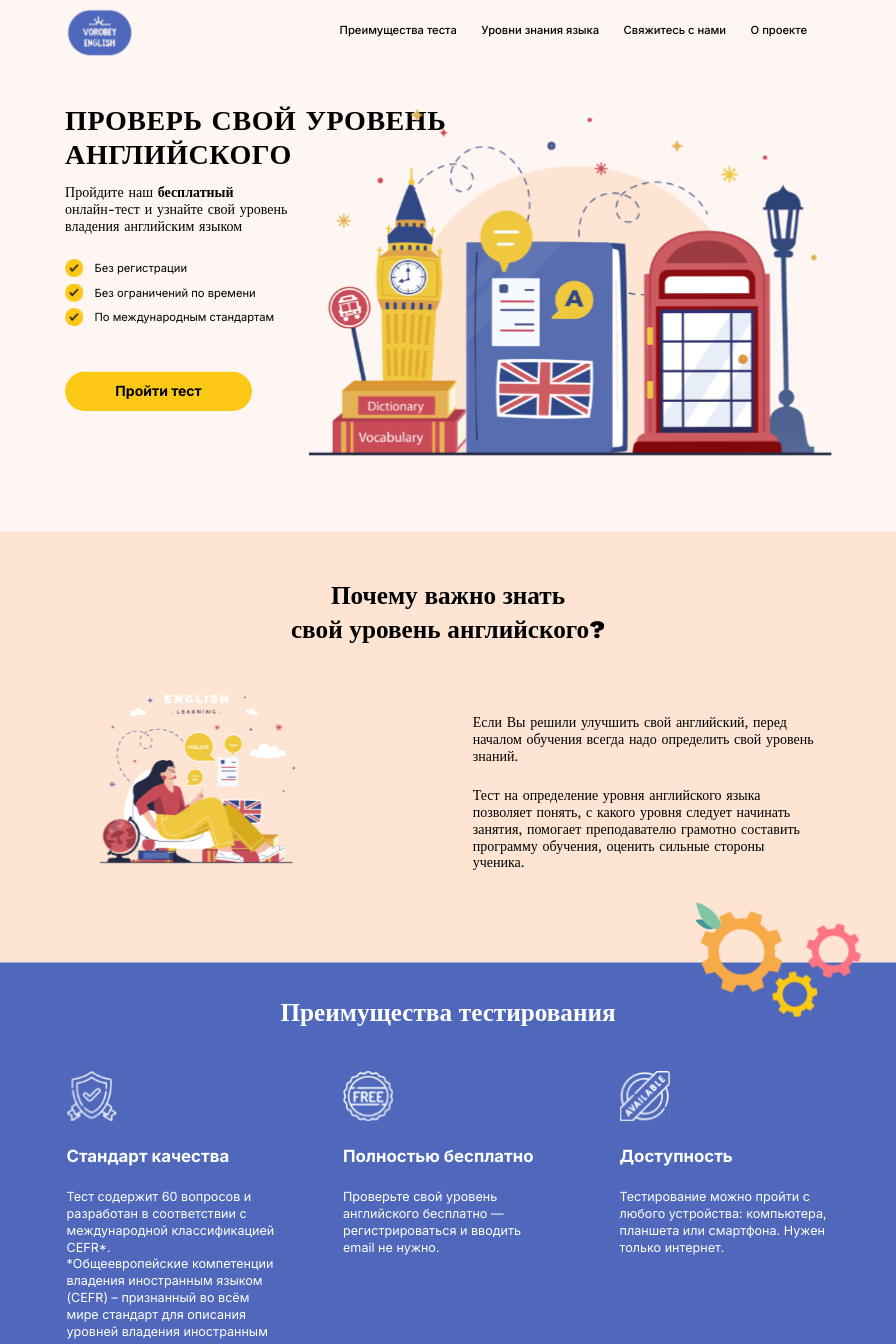
Repository: WladimirVA/Diplom
Page: templates/Index.html
An editor plug-in stored every save of this project. The page is shown before and after the next save, followed by the edit.
The browser window is 1280 px wide. The pictures show the part of the page from y = 0 to 1920 px (the page is 3821 px tall), at 70% of full size.

Above is the page before, as saved 2023-05-15 16:53:19.

### templates/Index.html
<!DOCTYPE html>
<html lang="ru">
<head>
    <meta charset="UTF-8">
    <meta http-equiv="X-UA-Compatible" content="IE=edge">
    <meta name="viewport" content="width=device-width, initial-scale=1.0">
    <link href="./static/css/style.css" rel="stylesheet" type="text/css">
    <link href="./static/css/fonts.css" rel="stylesheet" type="text/css">
    <link href="./static/css/slider.css">
    <link rel="icon" sizes="16x16" href="./static/img/Иконка _Лого_ (1_1).svg" type="image/x-icon">
    <title>Vorobeyenglish</title>
</head>
<body>
<script src="./static/js/listmenu.js"></script>
<header class="header" di="HOME">
    <div class="section">
        <div class="section-header">
            <div class="logo">
                <img src="./static/img/Иконка _Лого_ (1).svg">
            </div>
            <nav>
                <div class="dropdown">
                    <!-- <button onclick="myFunction()" class="dropbtn"> Выпадающий</button> -->
                    <a onclick="myFunction()"><img class="dropbtn" src="./static/img/Vector (6).svg"></a>
                    <div id="myDropdown" class="dropdown-content">
                        <div class="Name-logo">
                            <a href="#"><img class="Name-logo-mob1" src="./static/img/Иконка _Лого_ (1).svg"></a>
                            <img class="Name-logo-img1-info" src="./static/img/Ellipse 6 (2).svg">
                            <a href="#"><img class="Name-logo-img-info Name-logo-mob" src="./static/img/Vector (5).svg"></a>
                        </div>
                        <div class="header-nav-mob">
                            <a class="link" href="№">Главная</a>
                            <a class="link" href="#ADVAN_TEST">Преимущества теста</a>
                            <a class="link" href="#LANGUAGE_LEVELS">Уровни знания языка</a>
                                <form class="dropdown-button-mob" action="./next_test" method="post">
                                    <button class="dropdown-button-mob1">Пройти тест</button>
                                </form>
                            <!-- <a class="link" href="#">О проекте</a> -->
                            <a class="link" href="mailto:Vorobeyenglish@ya.ru">Свяжитесь с нами</a>
                        </div>
                        </div>
                </div>

                <ul class="header-nav">
                    <li><a class="link" href="#ADVAN_TEST">Преимущества теста</a></li>
                    <li><a class="link" href="#LANGUAGE_LEVELS">Уровни знания языка</a></li>
                    <li><a class="link" href="mailto:englishtest@yandex.ru">Свяжитесь с нами</a></li>
                    <li><a class="link" href="#">О проекте</a></li>
                </ul>
            </nav>
        </div>
    </div>
</header>
<main>
    <section class="HOME">
        <div class="section">
            <div class="content">
                <h1 class="title">
                    проверь<br class="br-mob"> свой уровень <br>английского
                </h1>
                <div class="section-home">

                    <div class="title-home">

                        <p class="home_p">
                            Пройдите наш <span  style="font-weight:900"> бесплатный <br></span> онлайн-тест и узнайте свой уровень <br>владения английским языком
                        </p>
                        <ul class="home_ul">
                            <li class="home_li"><img class="check" src="./static/img/Иконка _Галочка_ 3.svg">Без регистрации</li>
                            <li class="home_li"><img class="check" src="./static/img/Иконка _Галочка_ 3.svg">Без ограничений по времени</li>
                            <li class="home_li"><img class="check" src="./static/img/Иконка _Галочка_ 3.svg">По международным стандартам</li>
                        </ul>
                        <div class="buttonsHome">
                            <form action="./next_test" method="post">
                                <button class="button_home">Пройти тест</button>
                            </form>
                        </div>
                    </div>
                    <div class="image-home">
                        <img src="./static/img/иллюстр 6 (1).svg">
                    </div>
                </div>
            </div>

        </div>
    </section>
    <section class="WHY-TEST">
        <div class="section">
            <div class="">
                <div class="section-home-1">
                    <h1 class="title_2">Почему важно знать<br>свой уровень английского?</h1>
                    <div class="section-home-2">
                        <div class="image-home-2">
                            <img src="./static/img/иллюстр 2 1.svg">
                        </div>
                        <div class="home_p home-text">
                            <p>Если Вы решили улучшить свой английский, перед началом обучения всегда надо определить свой уровень знаний.</p>
                            <p class="p-text">Тест на определение уровня английского языка позволяет понять, с какого уровня следует начинать занятия, помогает преподавателю грамотно составить программу обучения, оценить сильные стороны ученика.</p>
                        </div>
                    </div>
                </div>
            </div>
        </div>
    </section>
    <section class="ADVAN_TEST" id="ADVAN_TEST">
        <div class="section">
            <div class="content">
                <div class="content_img">
                    <img class="rot-sheet" src="./static/img/shestirenki/Vector (3).png">
                    <img class="rot-sheet-1" src="./static/img/shestirenki/Vector (4).png">
                    <img class="rot rot-img1" src="./static/img/shestirenki/Vector (5).svg">
                    <img class="rot1 rot-img2" src="./static/img/shestirenki/Vector (7).svg">
                    <img class="rot rot-img3" src="./static/img/shestirenki/Vector (6).svg">
                </div>
                <div class="text_test">
                    <h1 class="title_3">Преимущества тестирования</h1>
                </div>
                <div class="content-ADVAN_TEST">
                    <div class="quality test-info">
                        <img src="./static/img/Mask group 1.svg">
                        <h3 class="advan-test">Стандарт качества</h3>
                        <p class="advan-test-p">Тест содержит 60 вопросов и разработан в соответствии с международной классификацией CEFR*. </p>
                        <p class="advan-test-p advan-test-p-2-mob">*Общеевропейские компетенции владения иностранным языком (CEFR) – признанный во всём мире стандарт для описания уровней владения иностранным языком. </p>

                    </div>
                    <div class="free test-info">
                        <img src="./static/img/Mask group2 1.svg">
                        <h3 class="advan-test">Полностью бесплатно</h3>
                        <p class="advan-test-p">Проверьте свой уровень английского бесплатно — регистрироваться и вводить email не нужно.</p>
                    </div>
                    <div class="availability test-info">
                        <img src="./static/img/Mask group1 1.svg">
                        <h3 class="advan-test">Доступность</h3>
                        <p class="advan-test-p">Тестирование можно пройти с любого устройства: компьютера, планшета или смартфона. Нужен только интернет.</p>
                    </div>
                </div>
                <div class="content_img_mob">
                    <img class="rot-sheet" src="./static/img/shestirenki/Vector (3).png">
                    <img class="rot-sheet-1" src="./static/img/shestirenki/Vector (4).png">
                    <img class="rot rot-img1" src="./static/img/shestirenki/Vector (5).svg">
                    <img class="rot1 rot-img2" src="./static/img/shestirenki/Vector (7).svg">
                    <img class="rot rot-img3" src="./static/img/shestirenki/Vector (6).svg">
                </div>
                <p class="advan-test-p advan-test-p-2">*Общеевропейские компетенции владения иностранным языком (CEFR) – признанный во всём мире стандарт для описания уровней владения иностранным языком. </p>
            </div>
        </div>
    </section>
    <section class="LANGUAGE_LEVELS" id="LANGUAGE_LEVELS">
        <div class="section">
            <div class="content">
                <div class="text_test">
                    <h1 class="title_3">Уровни знания языка по Европейской системе</h1>
                    <img src="./static/img/иллюстр 1 1.svg">
                </div>
                <div class="container container_lev">
                    <div class="box-1 container-box">
                        <img class="cloud" src="./static/img/Vector 5.svg">
                        <h3>А1</h3>
                        <p class="container-box-p">Elementary</p>
                        <p class="container-box-p2">Элементарный, базовый уровень знания английского языка. Чтение и перевод со словарём. Словарный запас<span  style="font-weight:900"> менее 1500</span> слов.</p>
                        <img class="ball" src="./static/img/иллюстр 3 1.svg">
                    </div>
                    <div class="box-1 container-box">
                        <img class="cloud" src="./static/img/Vector 1 1.png">
                        <h3>А2</h3>
                        <p class="container-box-p">Pre-intermediate</p>
                        <p class="container-box-p2">Ниже среднего, начальный средний, слабый средний. Вы можете общаться на бытовые темы, описывать простыми словами аспекты своей жизни. Словарный запас<span  style="font-weight:900"> 1500-2000</span> слов.</p>
                    </div>
                    <div class="box-1 container-box">
                        <img class="cloud" src="./static/img/Vector 5.svg">
                        <h3>B1</h3>
                        <p class="container-box-p">Intermediate</p>
                        <p class="container-box-p2">Средний уровень владения английским языком, разговорный английский. Вы можете создавать простой связный текст на знакомые или представляющие личный интерес темы. Словарный запас<span  style="font-weight:900"> 2000-3000</span> слов.</p>
                    </div>
                    <div class="box-1 container-box">
                        <img class="cloud" src="./static/img/Vector 1 1.png">
                        <h3>B2</h3>
                        <p class="container-box-p">Upper Intermediate</p>
                        <p class="container-box-p2">Средне-продвинутый уровень английского. Вы владеете разговорным языком в различных ситуациях (от бытовых до профессиональных), можете без подготовки общаться с носителем языка. Словарный запас <span  style="font-weight:900">3000-4000</span> слов.</p>
                        <img class="ball-2" src="./static/img/иллюстр 5 1.svg">
                    </div>
                    <div class="box-1 container-box">
                        <img class="cloud" src="./static/img/Vector 5.svg">
                        <h3>C1</h3>
                        <p class="container-box-p">Advanced</p>
                        <p class="container-box-p2">Продвинутый уровень. Свободное владение. Вы понимаете разнообразные сложные развернутые тексты и можете выявить содержащиеся в них имплицитные значения, умеете без подготовки, бегло, не испытывая трудности в подборе слов, выражать свои мысли. Словарный запас <span  style="font-weight:900">4000-5000</span> слов.</p>
                        <img class="ball-3" src="./static/img/иллюстр 4 1.svg">
                    </div>
                    <div class="box-1 container-box">
                        <img class="cloud" src="./static/img/Vector 1 1.png">
                        <h3>C2</h3>
                        <p class="container-box-p">Proficiency</p>
                        <p class="container-box-p2">Профессиональный уровень. Вы с легкостью понимаете практически все, что слышите или читаете. Вы можете выражаться спонтанно, очень бегло и точно, различая тончайшие оттенки смысла даже в самых сложных ситуациях. Словарный запас <span  style="font-weight:900">более 4500</span> слов.</p>
                    </div>
                </div>
                <div class="container_mob">
                    <div class="itc-slider__wrapper">
                        <div class="viewport">
                            <div class="slider">
                                <div class="item"><!-- Начало 1 слайда -->
                                    <div class="box-1 container-box">
                                        <img class="cloud" src="./static/img/Vector 5.svg">
                                        <h3>А1</h3>
                                        <p class="container-box-p">Elementary</p>
                                        <p class="container-box-p2">Элементарный, базовый уровень знания английского языка. Чтение и перевод со словарём. Словарный запас<span  style="font-weight:900"> менее 1500</span> слов.</p>
                                        <img class="ball" src="./static/img/иллюстр 3 1.svg">
                                    </div>
                                </div> <!-- Конец 1 слайда -->
                                <div class="item"><!-- Начало 2 слайда -->
                                    <div class="box-1 container-box">
                                        <img class="cloud" src="./static/img/Vector 1 1.png">
                                        <h3>А2</h3>
                                        <p class="container-box-p">Pre-intermediate</p>
                                        <p class="container-box-p2">Ниже среднего, начальный средний, слабый средний. Вы можете общаться на бытовые темы, описывать простыми словами аспекты своей жизни. Словарный запас<span  style="font-weight:900"> 1500-2000</span> слов.</p>
                                    </div>
                                </div><!-- Конец 2 слайда -->
                                <div class="item"><!-- Начало 3 слайда -->
                                    <div class="box-1 container-box">
                                        <img class="cloud" src="./static/img/Vector 5.svg">
                                        <h3>B1</h3>
                                        <p class="container-box-p">Intermediate</p>
                                        <p class="container-box-p2">Средний уровень владения английским языком, разговорный английский. Вы можете создавать простой связный текст на знакомые или представляющие личный интерес темы. Словарный запас<span  style="font-weight:900"> 2000-3000</span> слов.</p>
                                    </div>
                                </div><!-- Конец 3 слайда -->
                                <div class="item"><!-- Начало 4 слайда -->
                                    <div class="box-1 container-box">
                                        <img class="cloud" src="./static/img/Vector 1 1.png">
                                        <img class="ball-2" src="./static/img/иллюстр 5 1.svg">
                                        <h3>B2</h3>
                                        <p class="container-box-p">Upper Intermediate</p>
                                        <p class="container-box-p2">Средне-продвинутый уровень английского. Вы владеете разговорным языком в различных ситуациях (от бытовых до профессиональных), можете без подготовки общаться с носителем языка. Словарный запас <span  style="font-weight:900">3000-4000</span> слов.</p>
                                    </div>
                                </div><!-- Конец 4 слайда -->
                                <div class="item"><!-- Начало 5 слайда -->
                                    <div class="box-1 container-box">
                                        <img class="ball-3" src="./static/img/иллюстр 4 1.svg">
                                        <img class="cloud" src="./static/img/Vector 5.svg">
                                        <h3>C1</h3>
                                        <p class="container-box-p">Advanced</p>
                                        <p class="container-box-p2">Продвинутый уровень. Свободное владение. Вы понимаете разнообразные сложные развернутые тексты и можете выявить содержащиеся в них имплицитные значения, умеете без подготовки, бегло, не испытывая трудности в подборе слов, выражать свои мысли. Словарный запас <span  style="font-weight:900">4000-5000</span> слов.</p>
                                    </div>
                                </div><!-- Конец 5 слайда -->
                                <div class="item"><!-- Начало 6 слайда -->
                                    <div class="box-1 container-box">
                                        <img class="cloud" src="./static/img/Vector 1 1.png">
                                        <h3>C2</h3>
                                        <p class="container-box-p">Proficiency</p>
                                        <p class="container-box-p2">Профессиональный уровень. Вы с легкостью понимаете практически все, что слышите или читаете. Вы можете выражаться спонтанно, очень бегло и точно, различая тончайшие оттенки смысла даже в самых сложных ситуациях. Словарный запас <span  style="font-weight:900">более 4500</span> слов.</p>
                                    </div>
                                </div><!-- Конец 6 слайда -->
                            </div>
                        <div class="button111">
                            <div><a class="prev" onclick="minusSlide()"><img src="./static/img/Polygon 1.png"></a></div>
                            <div><a class="next" onclick="plusSlide()"><img src="./static/img/Polygon 2.png"></a></div>
                            <script src="./static/js/slider.js"></script>
                        </div>
                    <div>
                </div>
            </div>
        </div>
    </section>
    <section class="TEST">
        <div class="section">
            <div class="content">
                <div class="test-now">
                    <div class="test-now-text">
                        <h1 class="title_3">Протестируйте свой английский<br> прямо сейчас</h1>

                        <form action="./next_test" method="post">
                            <button class="button test_button">Пройти тест</button>
                        </form>

                    </div>
                    <div class="test-now-img">
                        <img src="./static/img/Group 78 1 (1).svg">
                    </div>
                </div>
            </div>
        </div>
    </section>
</main>
<footer class="FOOTER" id="FOOTER">
    <div class="section">
        <div class="section-footer">
            <div class="footer-logo">
                <img src="./static/img/Vector (3).svg">
                <p class="footer-logo-p">Image by www.freepik.com</p>
                <p class="footer-logo-p2">© Vorobey English 2023. Все права защищены</p>
                <p class="footer-logo-p2" >Проект разработан в рамках Pineapple Practice</p>
            </div>
            <div class="footer-navi">
                <nav>
                    <ul class="footer-nav">
                        <li><a class="footer-link" href="#ADVAN_TEST">Преимущества теста</a></li>
                        <li><a class="footer-link" href="#LANGUAGE_LEVELS">Уровни знания языка</a></li>
                        <li><a class="footer-link" href="mailto:Vorobeyenglish@ya.ru">Свяжитесь с нами</a></li>
                        <!-- <li><a class="footer-link" href="#">О проекте</a></li> -->
                        <li><p class="mob-1 footer-link">© Vorobey English 2023<br> Все права защищены</p></li>
                        <li><p class="mob-1 footer-link" >Image by www.freepik.com</p></li>
                        <li><p class="mob-1 footer-link" >Проект разработан в рамках Pineapple Practice</p></li>
                    </ul>
                </nav>
            </div>

        </div>
    </div>
</footer>

</body>
</html>

### static/css/fonts.css
/* @import url('https://fonts.googleapis.com/css2?family=Work+Sans:ital,wght@0,600;0,800;1,800&display=swap'); */


/* @import url('https://fonts.googleapis.com/css2?family=Inter:wght@400;500;600;700;800&family=Work+Sans:ital,wght@0,600;0,800;1,800&display=swap'); */


@import url('https://fonts.googleapis.com/css2?family=Inter:wght@100;200;300;400;500;600;700;800;900&display=swap');

@import url('https://fonts.googleapis.com/css2?family=Inter:wght@100;200;300;400;500;600;700;800;900&family=Work+Sans:ital,wght@0,100;0,200;0,300;0,400;0,500;0,600;0,700;0,800;0,900;1,100;1,200;1,300;1,400;1,500;1,600;1,700;1,800;1,900&display=swap');

Loaded but not shown: static/js/slider.js (34 lines, source omitted); static/js/listmenu.js (18 lines, source omitted); static/css/style.css (935 lines, source omitted)

After the next save:
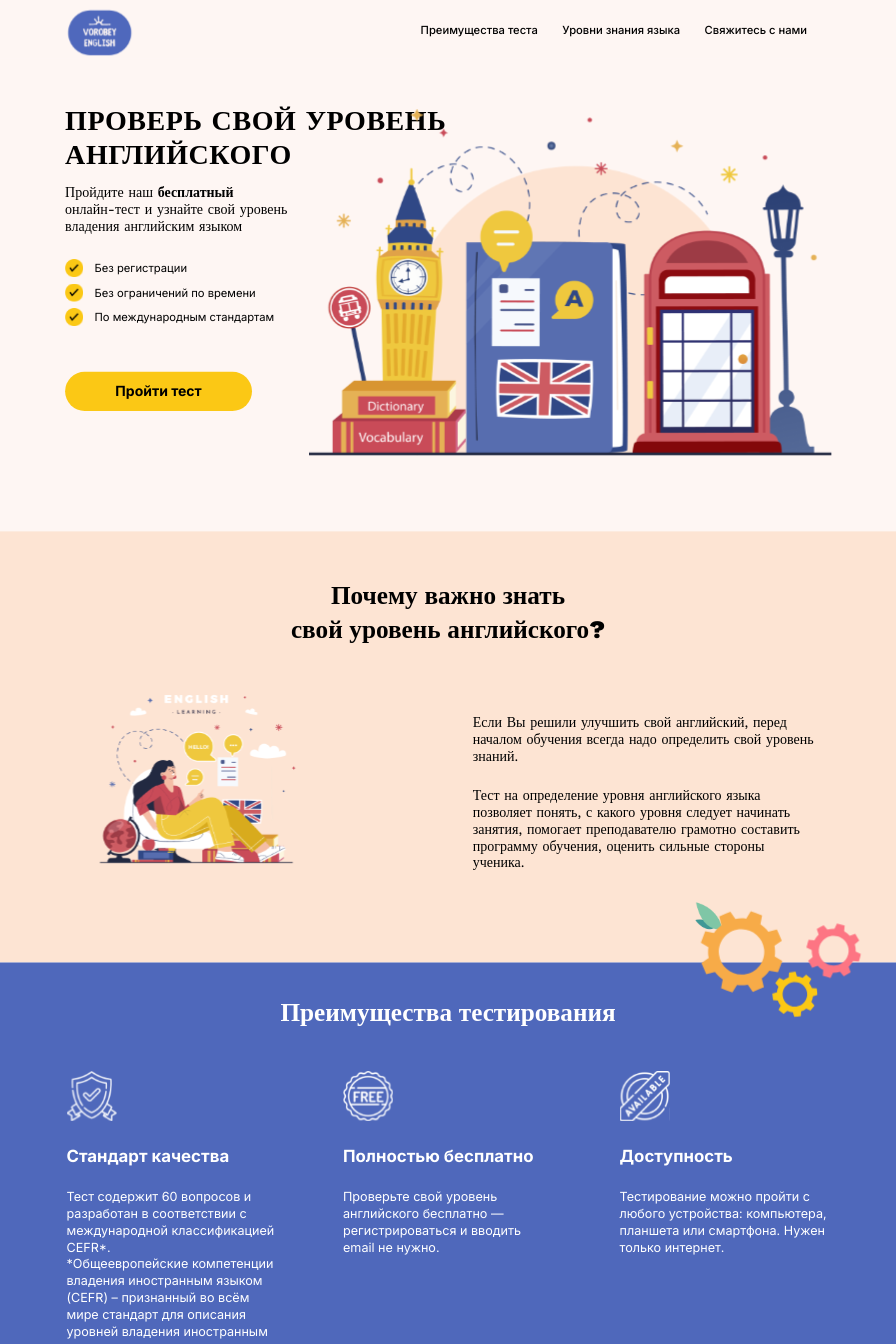
Saved 70 s later.
--- a/templates/Index.html
+++ b/templates/Index.html
@@ -45,7 +45,7 @@
                     <li><a class="link" href="#ADVAN_TEST">Преимущества теста</a></li>
                     <li><a class="link" href="#LANGUAGE_LEVELS">Уровни знания языка</a></li>
                     <li><a class="link" href="mailto:englishtest@yandex.ru">Свяжитесь с нами</a></li>
-                    <li><a class="link" href="#">О проекте</a></li>
+                    <!-- <li><a class="link" href="#">О проекте</a></li> -->
                 </ul>
             </nav>
         </div>
